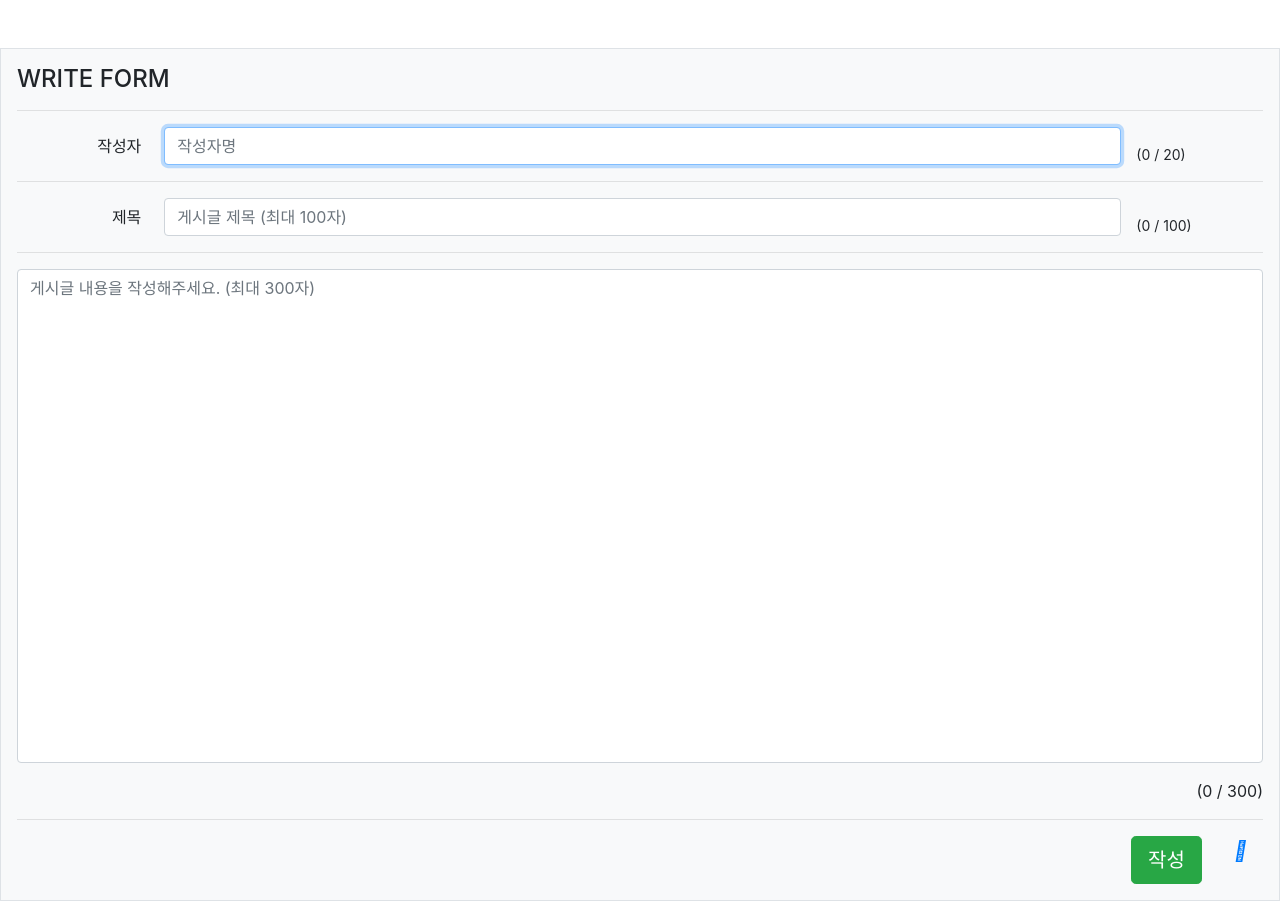
Repository: rasz60/ezen
Page: http://localhost/jspMVC/
These files come from the project's save history. The page is drawn as it stood at one moment and after the next save; the edit follows.
The browser window is 1280 px wide. The pictures show the whole page.
Some web libraries are served in a nearby version. The page is served by Tomcat 9. Other server files are loaded and not shown.

Above is the page before, as saved 2022-02-15 05:18:18.

### 04_jsp_servlet-workspace/jspMVC/src/main/webapp/writeForm.jsp
<%@ page language="java" contentType="text/html; charset=UTF-8"
    pageEncoding="UTF-8"%>
<%@ taglib prefix="c" uri="http://java.sun.com/jsp/jstl/core" %>
<%@ taglib prefix="fmt" uri="http://java.sun.com/jsp/jstl/fmt" %>
<%@ taglib prefix="sql" uri="http://java.sun.com/jsp/jstl/sql" %>
<%@ taglib prefix="x" uri="http://java.sun.com/jsp/jstl/xml" %>
<%@ taglib prefix="fn" uri="http://java.sun.com/jsp/jstl/functions" %>

<!DOCTYPE html>
<html lang="ko">
<head>
<meta charset="UTF-8">
<meta name="viewport" content="width=device-width, initial-scale=1">
<link rel="stylesheet" href="https://cdn.jsdelivr.net/npm/bootstrap@4.6.1/dist/css/bootstrap.min.css">
<link rel="stylesheet" href="https://pro.fontawesome.com/releases/v5.10.0/css/all.css"
	  integrity="sha384-AYmEC3Yw5cVb3ZcuHtOA93w35dYTsvhLPVnYs9eStHfGJvOvKxVfELGroGkvsg+p"
	  crossorigin="anonymous"/>
<script src="https://ajax.googleapis.com/ajax/libs/jquery/3.5.1/jquery.min.js"></script>
<script src="https://cdn.jsdelivr.net/npm/popper.js@1.16.1/dist/umd/popper.min.js"></script>
<script src="https://cdn.jsdelivr.net/npm/bootstrap@4.6.1/dist/js/bootstrap.bundle.min.js"></script>
<script type="text/javascript" src="script/board.js"></script>
<title>게시판 입력 Form</title>
<style>
@import url('https://fonts.googleapis.com/css2?family=Noto+Sans+KR:wght@100;300;400&display=swap');;
* {
	font-family: 'Noto Sans KR', sans-serif;
}

textarea {
	resize: none;
}
</style>
</head>

<body>

<div class="container-fluid p-3 border bg-light mt-5">
	<h4>WRITE FORM</h4>
	<hr />

	<form action="write.do" method="post" name="form">
		<div class="form-group row">
			<label for="bName" class="col-1 text-right ml-5 mr-2 my-auto" >작성자</label>
			<input type="text" name="bName" id="bName" class="form-control col-9" autofocus placeholder="작성자명"/>
			<small class="d-flex col-1 mt-auto" id="bNameCount">(0 / 20)</small>
		</div>
		<hr />
		<div class="form-group row">
			<label for="bTitle" class="col-1 text-right ml-5 mr-2 my-auto">제목</label>
			<input type="text" name="bTitle" id="bTitle" class="form-control col-9" placeholder="게시글 제목 (최대 100자)"/>
			<small class="d-flex col-1 mt-auto" id="bTitleCount">(0 / 100)</small>
		</div>
		<hr />
		<div class="form-group text-center">
			<textarea name="bContent" id="bContent" cols="100" rows="20" class="form-control" placeholder="게시글 내용을 작성해주세요. (최대 300자)"></textarea>
		</div>
		<span class="d-flex justify-content-end" id="bContentCount">(0 / 300)</span>
		<hr />
		<div class="d-flex justify-content-end">
			<input type="submit" value="작성" class="btn btn-success btn-lg mr-3" onclick="return checkWrite()" />
			<a href="list.do"><i class="fa-solid fa-align-justify btn-lg"></i></a>
		</div>
	</form>
</div>
</body>
</html>

### 04_jsp_servlet-workspace/jspMVC/src/main/java/com/wvwv/jspMVC/controller/BFrontController.java
package com.wvwv.jspMVC.controller;

import java.io.IOException;

import javax.servlet.RequestDispatcher;
import javax.servlet.ServletException;
import javax.servlet.annotation.WebServlet;
import javax.servlet.http.HttpServlet;
import javax.servlet.http.HttpServletRequest;
import javax.servlet.http.HttpServletResponse;

import com.wvwv.jspMVC.command.BCommand;
import com.wvwv.jspMVC.command.BListCommand;
import com.wvwv.jspMVC.command.BWriteCommand;

/**
 * Servlet implementation class BFrontController
 */
@WebServlet("*.do")
public class BFrontController extends HttpServlet {
	private static final long serialVersionUID = 1L;

	BCommand command;

    /**
     * @see HttpServlet#HttpServlet()
     */
    public BFrontController() {
        super();
    }

	/**
	 * @see HttpServlet#doGet(HttpServletRequest request, HttpServletResponse response)
	 */
	protected void doGet(HttpServletRequest request, HttpServletResponse response) throws ServletException, IOException {
		System.out.println("doGet()");
		actionDo(request, response);
	}

	/**
	 * @see HttpServlet#doPost(HttpServletRequest request, HttpServletResponse response)
	 */
	protected void doPost(HttpServletRequest request, HttpServletResponse response) throws ServletException, IOException {
		System.out.println("doPost()");
		request.setCharacterEncoding("UTF-8");
		doGet(request, response);
	}

	protected void actionDo(HttpServletRequest request, HttpServletResponse response) throws ServletException, IOException {
		System.out.println("actionDo()");

		request.setCharacterEncoding("UTF-8");

		// RequestDispatcher로 이동할 페이지 url
		String viewPage = null;

		// request를 실제로 수행할 command class path
		BCommand command = null;

		// request uri(contextPath + command)에서 contextPath를 제외한 command 값만 저장
		String uri = request.getRequestURI();
		String cntxtPath = request.getContextPath();
		String cmd = uri.substring(cntxtPath.length());

		if( cmd.equals("/") ) {
			viewPage = "writeForm.jsp";
		} else if ( cmd.equals("/write.do") ) {
			// INSERT DB Command
			command = new BWriteCommand();
			command.execute(request, response);
			viewPage = "list.do";
		} else if ( cmd.equals("/list.do") ) {
			// SELECT DB Command
			command = new BListCommand();

			// SELECT DB execute, request set in LIST
			command.execute(request, response);
			viewPage = "list.jsp";
		}


		if ( viewPage == null ) {
			System.out.println("viewPage가 없습니다.");
		} else {
			RequestDispatcher dispatcher = request.getRequestDispatcher(viewPage);
			dispatcher.forward(request, response);
		}
	}
}

### 04_jsp_servlet-workspace/jspMVC/src/main/webapp/script/board.js
// writeForm.jsp : input value count method
$(document).ready(function() {
	$("#bName").keyup(function(e) {
		var content1 = $(this).val();
		$('#bNameCount').text("(" + content1.length + " / 20)");
		if (content1.length > 20) {
			alert("최대 20자까지 입력 가능합니다.");
			$(this).val(content1.substring(0, 20));
		}
	})

	$("#bTitle").keyup(function(e) {
		var content2 = $(this).val();
		$('#bTitleCount').text("(" + content2.length + " / 100)");
		if (content2.length > 100) {
			alert("최대 100자까지 입력 가능합니다.");
			$(this).val(content2.substring(0, 100));
		}
	})

	$("#bContent").keyup(function(e) {
		var content3 = $(this).val();
		$('#bContentCount').text("(" + content3.length + " / 300)");
		if (content3.length > 300) {
			alert("최대 300자까지 입력 가능합니다.");
			$(this).val(content3.substring(0, 300));
		}
	})
});



//writeForm.jsp : submit check method
function checkWrite() {
	if(document.form.bName.value.length == 0 || document.form.bName.value.length > 20) {
		alert("작성자명을 20자내로 입력하세요.");
		document.form.bName.focus();
		return false;
	}

	if(document.form.bTitle.value.length == 0 || document.form.bTitle.value.length > 100) {
		alert("제목을 100자내로 입력하세요.");
		document.form.bTitle.focus();
		return false;
	}

	if(document.form.bContent.value.length == 0 || document.form.bContent.value.length > 300) {
		alert("내용을 300자내로 입력하세요.");
		document.form.bContent.focus();
		return false;
	}
	return true;
};




// list.jps : post count method
$(document).ready(function() {
	let count = $('#boardTable tr:nth-child(2) td:nth-child(1)').text();
	$('#postCount').text("총 "+count+"개");
});

After the next save:
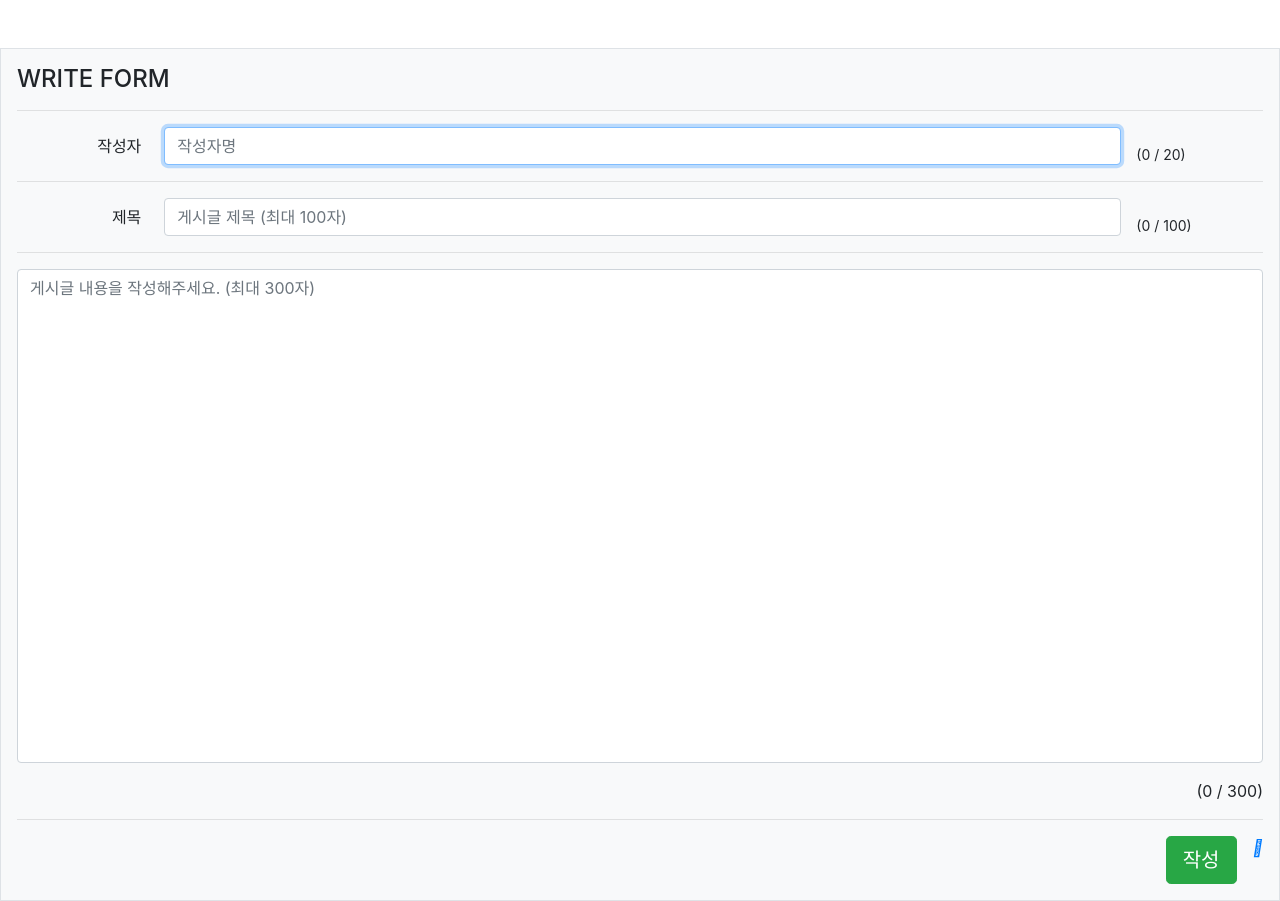
Saved 53 s later.
--- a/04_jsp_servlet-workspace/jspMVC/src/main/webapp/writeForm.jsp
+++ b/04_jsp_servlet-workspace/jspMVC/src/main/webapp/writeForm.jsp
@@ -58,7 +58,7 @@ textarea {
 		<hr />
 		<div class="d-flex justify-content-end">
 			<input type="submit" value="작성" class="btn btn-success btn-lg mr-3" onclick="return checkWrite()" />
-			<a href="list.do"><i class="fa-solid fa-align-justify btn-lg"></i></a>
+			<a href="list.do"><i class="fa-solid fa-align-justify"></i></a>
 		</div>
 	</form>
 </div>
